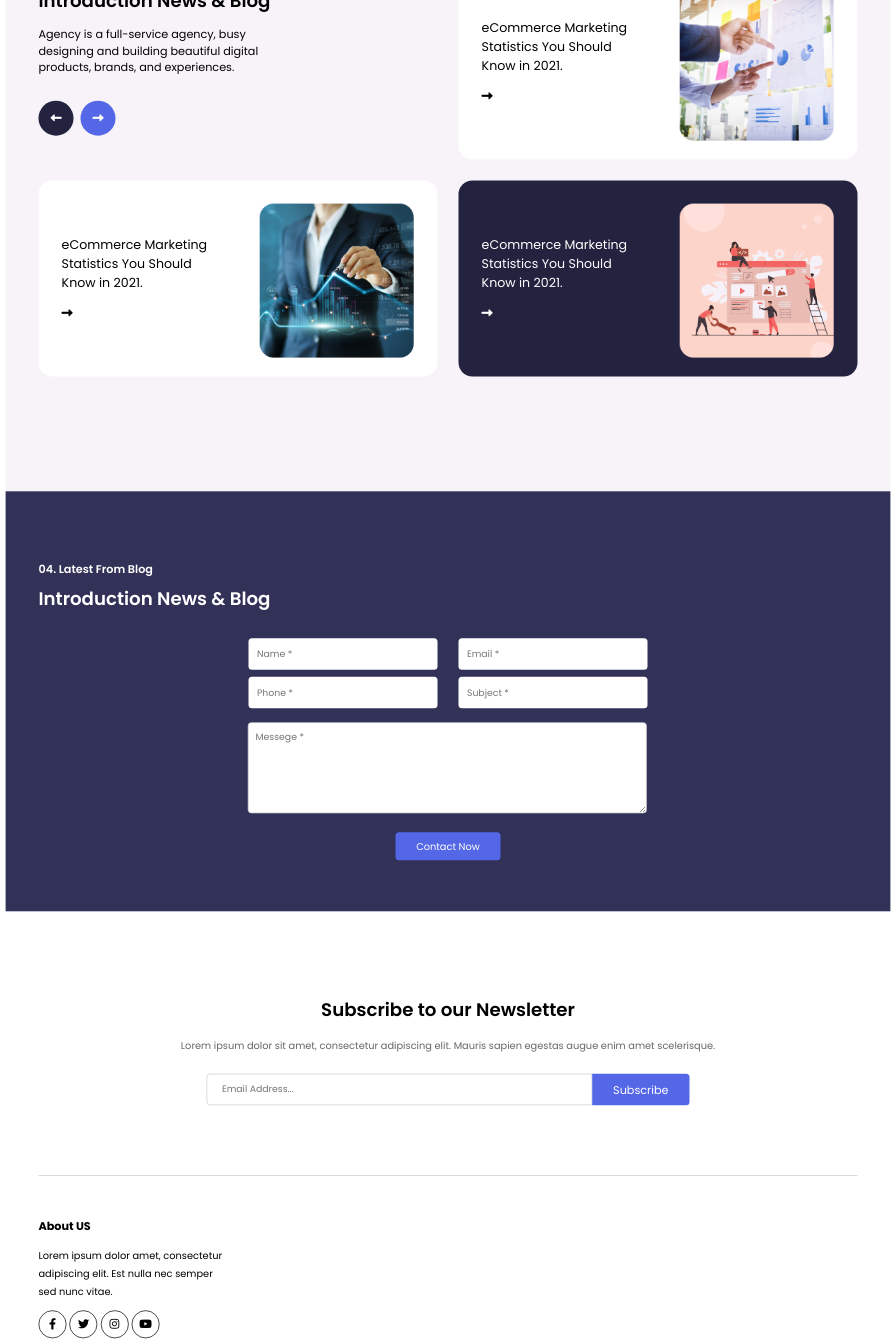
Repository: tranchi0120/LangdingPage-Htmlcss-Ago
Page: index.html
The author's editor kept a copy of each file at every save. The page is drawn from the files as they stood at one save, then again after the next save.
The browser window is 1280 px wide. The pictures show the part of the page from y = 3647 to 5567 px (the page is 5567 px tall), at 70% of full size.
Some web libraries are served in a nearby version. The style sheet was rebuilt from its Sass, Less or Tailwind sources for each picture, by a compiler version that may differ from the author's.

Above is the page before, as saved 2022-07-15 12:38:57.

### index.html
<!DOCTYPE html>
<html lang="en">

<head>
    <meta charset="UTF-8" />
    <meta http-equiv="X-UA-Compatible" content="IE=edge" />
    <meta name="viewport" content="width=device-width, initial-scale=1.0" />
    <title>Ago</title>
    <!-- css -->
    <link rel="stylesheet" href="./css/app.css" />
    <!-- google font  -->
    <link rel="preconnect" href="https://fonts.googleapis.com" />
    <link rel="preconnect" href="https://fonts.gstatic.com" crossorigin />
    <link href="https://fonts.googleapis.com/css2?family=Poppins:wght@400;600;700&display=swap" rel="stylesheet" />
    <!-- google icon awaresome -->
    <link rel="stylesheet" href="https://cdnjs.cloudflare.com/ajax/libs/font-awesome/6.1.1/css/all.min.css">
    <!-- sass ./sass/app.scss ./css/app.css --watch -->
</head>

<body>
    <header class="header">
        <div class="header-top container">
            <span class="header-top-title">
                Welcome to Ago! Building Creative Business Agency
            </span>
            <div class="header-top-right">
                <div class="header-login">
                    <i class="fa-solid fa-user"></i>
                    <a href="#!" style="color:#666666">Login</a>
                </div>
                <div class="header-nation">
                    <i class="fa-solid fa-globe"></i>
                    <span class="header-language">English</span>
                    <i class="fa-solid fa-angle-down"></i>
                </div>
            </div>
        </div>
        <div class="header-line">
        </div>
        <div class="header-under container">
            <div class="header-under-logo">
                <div class="header-under-image">
                    <img class="header-under-img" src="./images/logo.png" alt="#">
                </div>
                <span class="header-under-name">Ago</span>
            </div>
            <div class="header-menu">
                <ul class="menu">
                    <li class="menu-item">
                        <a href="#" class="menu-link">Home</a>
                    </li>
                    <li class="menu-item">
                        <a href="#" class="menu-link">Features</a>
                        <i class="fa-solid fa-angle-down"></i>
                    </li>
                    <li class="menu-item">
                        <a href="#" class="menu-link">Services</a>
                    </li>
                    <li class="menu-item">
                        <a href="#" class="menu-link">Pages</a>
                    </li>
                    <li class="menu-item">
                        <a href="#" class="menu-link">Blog</a>
                    </li>
                    <li class="menu-item">
                        <a href="#" class="menu-link">Support</a>
                    </li>
                </ul>
                <div class="menu-button">
                    <i class="fa-solid fa-magnifying-glass menu-icon"></i>
                    <div class="button">Contact Us</div>
                </div>
            </div>
        </div>
    </header>
    <main>
        <section class="hero">
            <div class="container">
                <div class="hero-main">
                    <div class="hero-left">
                        <div class="hero-title">
                            Trusted Professional Service.
                        </div>
                        <span class="hero-content">
                            Ago is a full-service agency, busy designing and building beautiful digital products,
                            brands, and
                            experiences.
                        </span>
                        <div class="hero-button">
                            <div class="button">Recent Work</div>
                        </div>
                        <div class="hero-down">
                            <div class="hero-icondown">
                                <i style="color:#ffffff ;" class="fa-solid fa-arrow-down"></i>
                            </div>
                            <p class="hero-scroll">
                                Scroll Down
                            </p>
                        </div>
                    </div>
                    <div class="hero-right">
                        <img src="./images/hero.png" alt="#">
                    </div>
                </div>
            </div>
        </section>
        <section class="about">
            <div class="container">
                <div class="about-main">
                    <div class="about-images">
                        <img src="./images/about1.png" alt="#" class="about-img1">
                        <img src="./images/about2.png" alt="#" class="about-img2">
                        <img src="./images/about3.png" alt="#" class="about-img3">
                    </div>
                    <div class="about-us">
                        <h5 class="about-number">
                            01. About Us
                        </h5>
                        <div class="about-title">
                            We Make Designs that Lead and Inpire.
                        </div>
                        <div class="about-name">
                            A design team building a created
                            marketplace for UI designers.
                        </div>
                        <div class="about-content">
                            2,360 curated design resources to energize your creative workflow. We're a growing family of
                            682,268 designers and makers from around the world
                        </div>
                        <div class="menu-button">
                            <div class="button">Contact Us</div>
                        </div>
                    </div>
                </div>
            </div>
        </section>
        <section class="interactive">
            <div class="container">
                <div class="interactive-main">
                    <h5 class="interactive-number">
                        02. What We Do
                    </h5>
                    <div class="interactive-title">
                        <span class="interactive-name">
                            We Make Designs that Lead and Inpire.
                        </span>
                        <i class="fa-solid fa-left-long interactive-iconleft"></i>
                        <i class="fa-solid fa-right-long"></i>
                    </div>
                    <div class="interactive-group">
                        <div class="interactive-box">
                            <div class="row-circle">
                                <img class="row-img" src="./images/row1.png" alt="#">
                                <h2 class="row-number">
                                    26k
                                </h2>
                                <span class="row-title">
                                    Happy Clients
                                </span>
                            </div>
                            <div class="row-circle2">
                                <img class="row-img" src="./images/row2.png" alt="#">
                                <h2 class="row-number2">
                                    76k
                                </h2>
                                <span class="row-title2">
                                    Project Done
                                </span>
                                <span class="row-content2">
                                    Lorem ipsum dolor sit amet, consectetur adipiscing elit. Mauris sapien egestas augue
                                    enim amet scelerisque.
                                </span>
                            </div>
                            <div class="row-circle">
                                <img class="row-img" src="./images/row3.png" alt="#">
                                <h2 class="row-number">
                                    20k
                                </h2>
                                <span class="row-title">
                                    AWARDS WON
                                </span>
                            </div>
                            <div class="row-circle">
                                <img class="row-img" src="./images/row4.png" alt="#">
                                <h2 class="row-number">
                                    20k
                                </h2>
                                <span class="row-title">
                                    DAILY DATA INPUT
                                </span>
                            </div>
                        </div>
                    </div>
                </div>
            </div>
        </section>
        <section class="service">
            <div class="container">
                <h5 class="service-number">
                    03. Our Services
                </h5>
                <div class="service-title">
                    <span class="service-name">
                        Welcome to Our Professional Service
                    </span>
                </div>
                <div class="service-main">
                    <div class="service-left">
                        <h2 class="service-left-title">
                            Professional Website
                            Design Consulting
                        </h2>
                        <p class="service-left-content">
                            Agency is a full-service agency, busy designing and building beautiful digital products,
                            brands, and experiences.
                        </p>
                        <div class="menu-button">
                            <div class="button">View Detail</div>
                        </div>
                        <div class="service-left-images">
                            <img src="./images/service1.png" alt="#" class="service-left-img">
                            <img src="./images/service2.png" alt="#" class="service-left-img">
                            <img src="./images/service3.png" alt="#" class="service-left-img">
                        </div>
                    </div>
                    <div class="service-right">
                        <img src="./images/service4.png" alt="#" class="service-right-img">
                    </div>
                </div>
                <div class="service-bottom">
                    <div class="service-box">
                        <div class="service-box-imgs">
                            <img src="./images/logo1.png" alt="#" class="service-box-img">
                        </div>
                        <div class="service-box-text">
                            <h2 class="service-box-title">CREATIVE</h2>
                            <p class="service-box-slogan">YOUR SLOGAN HERE</p>
                        </div>
                    </div>
                    <div class="service-box">
                        <div class="service-box-imgs">
                            <img src="./images/logo2.png" alt="#" class="service-box-img">
                        </div>
                        <div class="service-box-text">
                            <h2 class="service-box-title">CREATIVE</h2>
                            <p class="service-box-slogan">YOUR SLOGAN HERE</p>
                        </div>
                    </div>
                    <div class="service-box">
                        <div class="service-box-imgs">
                            <img src="./images/logo3.png" alt="#" class="service-box-img">
                        </div>
                        <div class="service-box-text">
                            <h2 class="service-box-title">COMPANY</h2>
                            <p class="service-box-slogan">YOUR SLOGAN HERE</p>
                        </div>
                    </div>
                    <div class="service-box">
                        <div class="service-box-imgs">
                            <img src="./images/logo4.png" alt="#" class="service-box-img">
                        </div>
                        <div class="service-box-text">
                            <h2 class="service-box-title">CREATIVE</h2>
                            <p class="service-box-slogan">YOUR SLOGAN HERE</p>
                        </div>
                    </div>
                    <div class="service-box">
                        <div class="service-box-imgs">
                            <img src="./images/logo5.png" alt="#" class="service-box-img">
                        </div>
                        <div class="service-box-text">
                            <h2 class="service-box-title">COMPANY</h2>
                            <p class="service-box-slogan">YOUR SLOGAN HERE</p>
                        </div>
                    </div>
                    <div class="service-box">
                        <div class="service-box-imgs">
                            <img src="./images/logo6.png" alt="#" class="service-box-img">
                        </div>
                        <div class="service-box-text">
                            <h2 class="service-box-title">CREATIVE</h2>
                            <p class="service-box-slogan">YOUR SLOGAN HERE</p>
                        </div>
                    </div>
                </div>
            </div>
        </section>
        <section class="latest">
            <div class="container">
                <div class="latest-main">
                    <div class="latest-group">
                        <h5 class="latest-number">
                            04. Latest From Blog
                        </h5>
                        <span class="latest-title">
                            Introduction News & Blog
                        </span>
                        <p class="latest-content">
                            Agency is a full-service agency, busy designing and building beautiful digital products,
                            brands, and experiences.
                        </p>
                        <div class="latest-icon">
                            <div class="latest-icon-left">
                                <i class="fa-solid fa-left-long"></i>
                            </div>
                            <div class="latest-icon-right">
                                <i class="fa-solid fa-right-long"></i>
                            </div>
                        </div>
                    </div>
                    <div class="latest-groups">
                        <div class="latest-box">
                            <p class="latest-text">
                                eCommerce Marketing
                                Statistics You Should
                                Know in 2021.
                            </p>
                            <i class="fa-solid fa-right-long"></i>
                        </div>
                        <div class="latest-image">
                            <img src="./images/latest1.png" alt="#" class="latest-img">
                        </div>
                    </div>
                    <div class="latest-groups">
                        <div class="latest-box">
                            <p class="latest-text">
                                eCommerce Marketing
                                Statistics You Should
                                Know in 2021.
                            </p>
                            <i class="fa-solid fa-right-long"></i>
                        </div>
                        <div class="latest-image">
                            <img src="./images/latest2.png" alt="#" class="latest-img">
                        </div>
                    </div>
                    <div class="latest-groups3">
                        <div class="latest-box3">
                            <p class="latest-text3">
                                eCommerce Marketing
                                Statistics You Should
                                Know in 2021.
                            </p>
                            <i class="fa-solid fa-right-long"></i>
                        </div>
                        <div class="latest-image">
                            <img src="./images/latest3.png" alt="#" class="latest-img">
                        </div>
                    </div>
                </div>
            </div>
        </section>
        <section class="contact">
            <div class="container">
                <!-- <img class="contact-background" src="./images/background.png" alt="#"> -->
                <div class="contact-main">
                    <h5 class="contact-number">
                        04. Latest From Blog
                    </h5>
                    <span class="contact-title">
                        Introduction News & Blog
                    </span>
                    <div class="contact-import">
                        <input class="contact-input" type="text" placeholder="Name *">
                        <input class="contact-input" type="text" placeholder="Email *">
                        <input class="contact-input" type="text" placeholder="Phone *">
                        <input class="contact-input" type="text" placeholder="Subject *">
                    </div>
                    <textarea class="contact-textarea" name="text" id="#" cols="30" rows="10"
                        placeholder="Messege *"></textarea>
                    <div class="menu-button">
                        <div class="button contact-button">Contact Now</div>
                    </div>
                </div>
            </div>
        </section>
        <section class="subscribe">
            <div class="container">
                <div class="subscribe-main">
                    <h2 class="subscribe-title">
                        Subscribe to our Newsletter
                    </h2>
                    <p class="subscribe-text">
                        Lorem ipsum dolor sit amet, consectetur adipiscing elit. Mauris sapien egestas augue enim amet
                        scelerisque.
                    </p>
                    <div class="subscribe-import">
                        <input class="subscribe-input" type="text" placeholder="Email Address...">
                        <div class="subscribe-button">
                            <a style="color: white;" href="#!">Subscribe</a>
                        </div>
                    </div>
                </div>
            </div>
        </section>
    </main>
    <footer class="footer">
        <div class="container">
            <div class="footer-main">
                <div class="footer-top">
                    <div class="footer-group">
                        <span class="footer-group-title">
                            About US
                        </span>
                        <p class="footer-group-text">
                            Lorem ipsum dolor amet, consectetur
                            adipiscing elit. Est nulla nec semper
                            sed nunc vitae.
                        </p>
                        <div class="footer-group-icon">
                            <i class="footer-icon fa-brands fa-facebook-f"></i>
                            <i class="footer-icon fa-brands fa-twitter"></i>
                            <i class="footer-icon fa-brands fa-instagram"></i>
                            <i class="footer-icon fa-brands fa-youtube"></i>
                        </div>
                    </div>
                </div>
            </div>
        </div>
    </footer>
</body>

</html>

### sass/app.scss
@import "global";
@import "header";
@import "menu";
@import "variable";
@import "hero";
@import "about";
@import "interactive";
@import "row";
@import "service";
@import "latest";
@import "contact";
@import "subscribe";
@import "footer";

### sass/_global.scss
.container {
    max-width: 1170px;
    margin: 0 auto;
}
.body {
    background: #ffffff;
}
* {
    box-sizing: border-box;
    font-family: "Poppins", sans-serif;
}
a {
    text-decoration: none;
}
ul {
    list-style-type: none !important;
}
.button {
    border: none;
    padding: auto;
    width: 150px;
    background: #5468e7;
    height: 40px;
    text-align: center;
    justify-content: center;
    padding: 7px;
    border-radius: 5px;
    color: white;
    font-size: 14px;
    line-height: 21px;
    padding: 10px;
}

### sass/_menu.scss
.menu {
    height: 24px;
    width: 550px;
    display: flex;
    justify-content: space-between;
    align-items: center;
    // gap: 40px;
    &-button {
        display: flex;
        gap: 29px;
    }
    &-icon {
        width: 18px;
        display: inline-block;
        padding-top: 15px;
        color: #666666;
    }

    &-link {
        color: #000000;
        font-weight: 400;
        font-size: 16px;
        line-height: 24px;
    }
}

### sass/_variable.scss
$font: "Poppins", sans-serif;
$color1: #232340;
$color2: #323259;
$color-btn: #5468e7;
$black: #222222;
$white: #ffffff;

### sass/_interactive.scss
.interactive {
    background: #f7f3f8;
    height: 752px;
    &-number {
        margin-bottom: 10px;
        margin-top: 100px;
        display: inline-block;
        color: #5468e7;
        font-size: 16px;
        line-height: 24px;
        font-weight: 600;
    }
    &-name {
        display: inline-block;
        line-height: 39px;
        font-size: 26px;
        font-weight: 600;
        margin-bottom: 75px;
    }
    &-iconleft {
        margin-right: 19px;
        margin-left: 594px;
    }
    &-box {
        max-height: 360px;
        background: white;
        display: grid;
        grid-template-columns: repeat(4, 1fr) !important;
        border-radius: 30px;
    }
}

### sass/_footer.scss
.footer {
    &-icon {
        border: 1px solid;
        width: 40px;
        height: 40px;
        text-align: center;
        border-radius: 50%;
        padding: 10px;
    }
    &-group {
        &-title {
            font-weight: 700;
            font-size: 16px;
            line-height: 24px;
            color: black;
            margin-top: 60px;
            margin-bottom: 16px;
            display: block;
        }
        &-text {
            font-weight: 400;
            font-size: 14px;
            line-height: 26px;
            width: 267px;
        }
    }
}

Loaded but not shown: sass/_service.scss (94 lines, source omitted); sass/_latest.scss (87 lines, source omitted); sass/_about.scss (57 lines, source omitted); sass/_contact.scss (53 lines, source omitted); sass/_row.scss (51 lines, source omitted); sass/_header.scss (47 lines, source omitted); sass/_subscribe.scss (44 lines, source omitted); sass/_hero.scss (38 lines, source omitted)

After the next save:
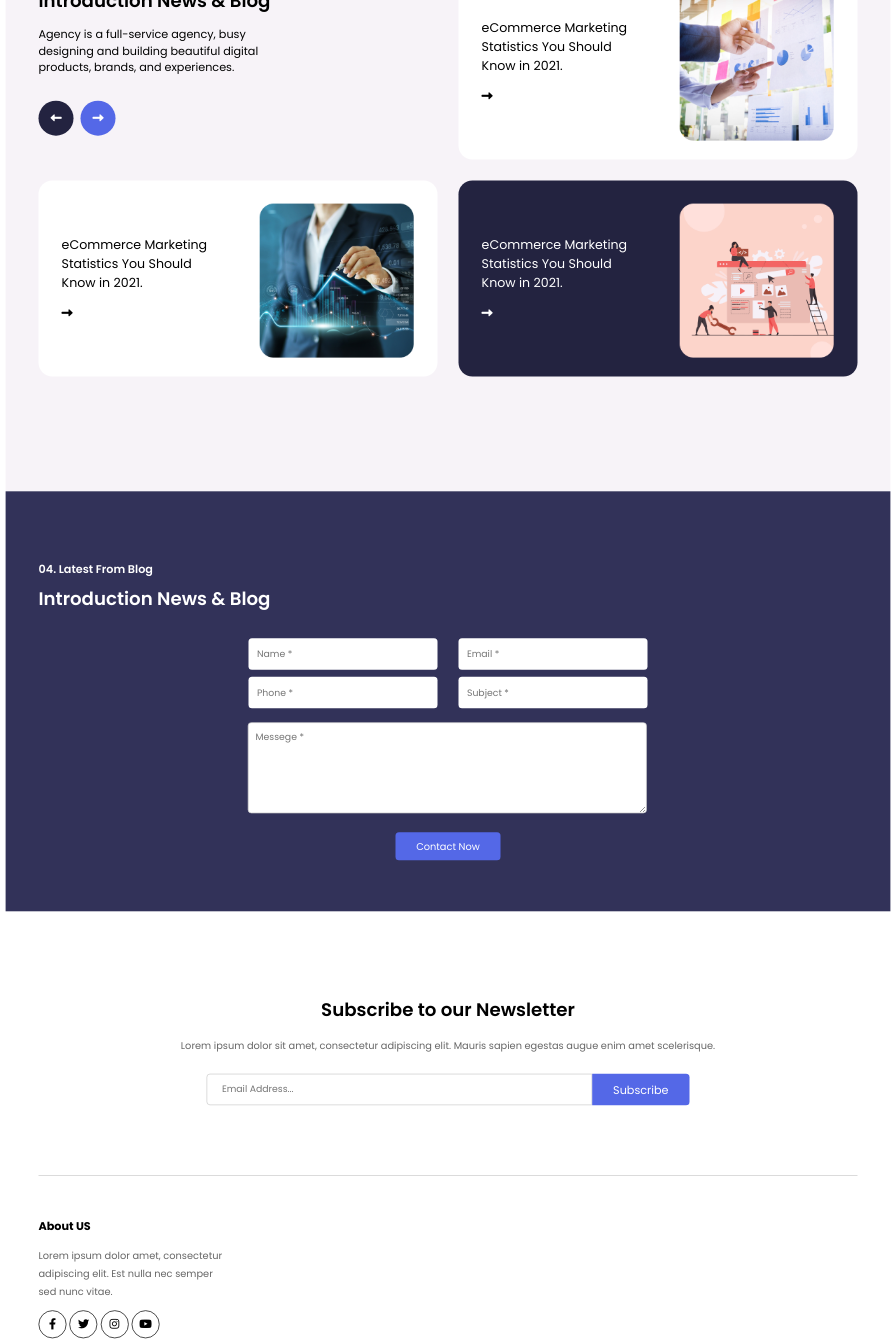
Saved 8 s later.
--- a/sass/_footer.scss
+++ b/sass/_footer.scss
@@ -22,6 +22,7 @@
             font-size: 14px;
             line-height: 26px;
             width: 267px;
+            color: #666666;
         }
     }
 }
